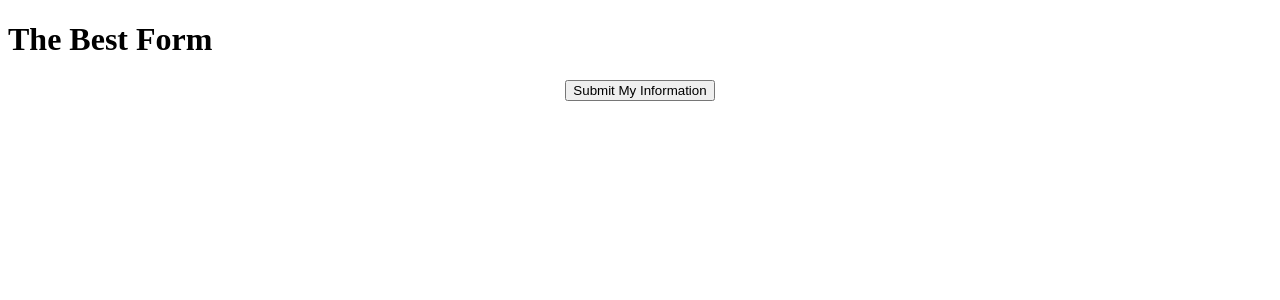
Repository: github-patrixweb/cosw30
Page: labwork/lab2/form.html
The author's editor kept a record of every edit. The page is drawn from the files as they stood at one moment, then again after the next edit.
The browser window is 1280 px wide. The pictures show the whole page.

Above is the page before.

### labwork/lab2/form.html
<!doctype html>
<html lang="en">
<head>
	<meta charset="utf-8">
	<title>Simple HTML Form</title>
	<style type="text/css">
	label {
		font-weight: bold;
		color: #300ACC;
	}
	</style>
</head>
<body>
<!-- Script 2.1 - form.html -->

<form action="handle_form.php" method="post">

<h1>The Best Form</h1>

	<p align="center"><input type="submit" name="submit" value="Submit My Information"></p>

</form>

</body>
</html>

After the next edit:
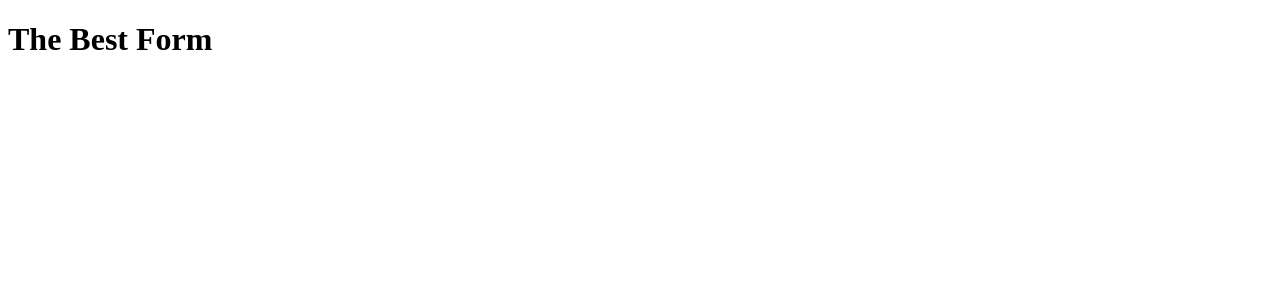
The edit:
--- a/labwork/lab2/form.html
+++ b/labwork/lab2/form.html
@@ -17,7 +17,7 @@
 
 <h1>The Best Form</h1>
 
-	<p align="center"><input type="submit" name="submit" value="Submit My Information"></p>
+
 
 </form>
 
